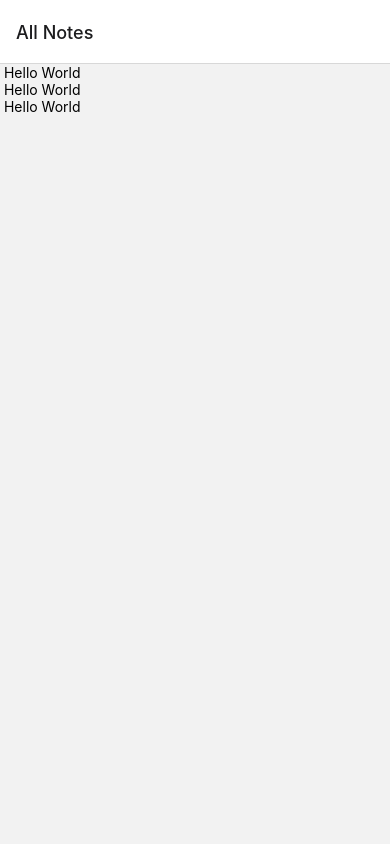
Repository: awarbler/reactNotesApp
Screen: / (app in reactNoteApp/)
These files come from the project's save history. The screen is drawn as it stood at one moment and after the next save; the edit follows.
The app was drawn by React Native's web renderer in a window 390 px wide. The project was rebuilt for these pictures with package versions that can differ from the ones it lists, and the page was loaded fresh each time.

Above is the screen before, as saved 2022-05-19 17:10:06.

### reactNoteApp/App.js
import AppState from './src/AppState/AppState';

export default function App() {
    return <AppState/>;

}

### reactNoteApp/src/AppState/AppState.js
import React, {useState, useEffect} from 'react';
import {Text} from 'react-native';
import AppNavigation from '../AppNavigation/AppNavigation';

export default function AppState(){
    const[allNotes, setAllNotes] = useState([{noteId: 1, noteTitle: 'First Idea', noteText: 'This is first note'}, {noteId: 2, noteTitle: 'Second Idea', noteText:'Second note'}]);
    const[note, setNotes] = useState({});

    const AppState = {
        allNotes,
        setAllNotes,
        note,
        setNotes
    };
    return <AppNavigation AppState={AppState}/>
}

### reactNoteApp/src/AppNavigation/AppNavigation.js
import * as React from 'react';
import { NavigationContainer } from '@react-navigation/native';
import { createNativeStackNavigator } from '@react-navigation/native-stack';

import Home from '/Users/awarbler/Desktop/SCHOOL/CSE 310 /reactNotesApp/reactNoteApp/src/screens/Home/Home.js';

const Stack = createNativeStackNavigator();

export default function AppNavigation(AppState){
    return (
      <NavigationContainer>
      <Stack.Navigator>

      <Stack.Screen name="All Notes" >
        {props => <Home {...props} AppState={AppState} />}
      </Stack.Screen>

      </Stack.Navigator>
    </NavigationContainer>

      );
}

### reactNoteApp/src/screens/Home/Home.js
import React, {useState, useEffect} from 'react';
import { StyleSheet, Text, View } from 'react-native';

export default function Home(){
    return (
        <View>
        <Text> Hello World </Text>

        <Text> Hello World </Text>

        <Text> Hello World </Text>
        </View>
    );
}
const styles = StyleSheet.create({
    screen:{
        justifyContent: 'center',
        alignItems: 'center'

    }
})

After the next save:
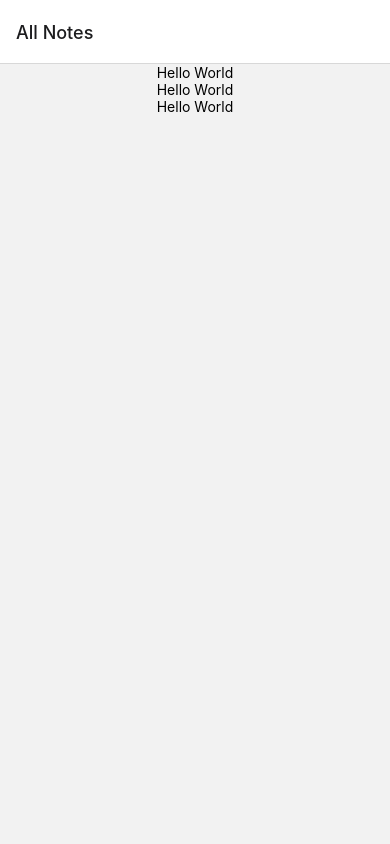
Saved 67 s later.
--- a/reactNoteApp/src/screens/Home/Home.js
+++ b/reactNoteApp/src/screens/Home/Home.js
@@ -3,7 +3,7 @@ import { StyleSheet, Text, View } from 'react-native';
 
 export default function Home(){
     return (
-        <View>
+        <View style={styles.screen}>
         <Text> Hello World </Text>
 
         <Text> Hello World </Text>
